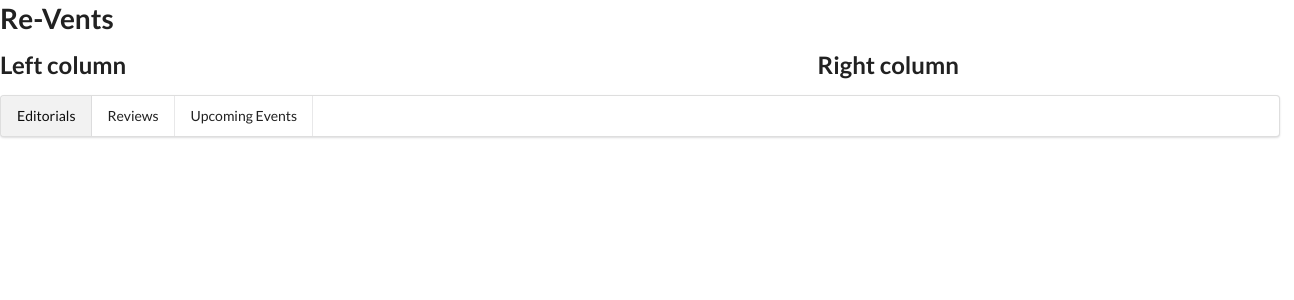
Repository: Preranabaruah/react-semantic-ui
Page: /
An editor plug-in stored every save of this project. The page is shown before and after the next save, followed by the edit.
The browser window is 1280 px wide. The page is 1294 px wide, so the pictures cover 1294 px, including what lies to the right of the window. The pictures show the whole page.
The project was rebuilt for these pictures with package versions that can differ from the ones it lists, and the page was loaded fresh each time. Also part of the build but not shown: vite.config.ts.

Above is the page before, as saved 2023-09-08 12:45:54.

### index.html
<!doctype html>
<html lang="en">
  <head>
    <meta charset="UTF-8" />
    <link rel="icon" type="image/svg+xml" href="/vite.svg" />
    <meta name="viewport" content="width=device-width, initial-scale=1.0" />
    <title>Re-vents</title>
  </head>
  <body>
    <div id="root"></div>
    <script type="module" src="/src/index.tsx"></script>
  </body>
</html>

### src/index.tsx
import React from "react";
import ReactDOM from "react-dom/client";
import App from "./App.tsx";
import "semantic-ui-css/semantic.min.css";
ReactDOM.createRoot(document.getElementById("root")!).render(
  <React.StrictMode>
    <App />
  </React.StrictMode>
);

### src/App.tsx
import EventDashboard from "./features/events/event-dashboard";
import NavBar from "./features/nav-bar";

function App() {
  return (
    <>
      <div>
        <h1>Re-Vents</h1>
        <EventDashboard />
        <NavBar />
      </div>
    </>
  );
}

export default App;

### src/features/events/event-dashboard/index.tsx
import { Grid } from "semantic-ui-react";
const EventDashboard = () => {
  return (
    <>
      <Grid>
        <Grid.Column width={10}>
          <h2>Left column</h2>
        </Grid.Column>
        <Grid.Column width={6}>
          <h2>Right column</h2>
        </Grid.Column>
      </Grid>
    </>
  );
};

export default EventDashboard;

### src/features/nav-bar/index.tsx
import { Menu } from "semantic-ui-react";

const items = [
  { key: "editorials", active: true, name: "Editorials" },
  { key: "review", name: "Reviews" },
  { key: "events", name: "Upcoming Events" },
];

const NavBar = () => {
  return (
    <>
      <Menu items={items} />
    </>
  );
};

export default NavBar;

After the next save:
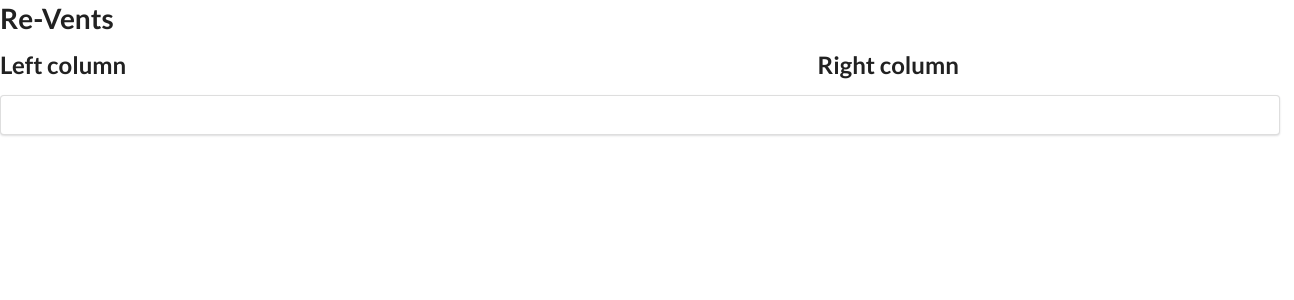
Saved 19 min 33 s later.
--- a/src/features/nav-bar/index.tsx
+++ b/src/features/nav-bar/index.tsx
@@ -1,4 +1,4 @@
-import { Menu } from "semantic-ui-react";
+import { Menu, Container } from "semantic-ui-react";
 
 const items = [
   { key: "editorials", active: true, name: "Editorials" },
@@ -9,7 +9,9 @@ const items = [
 const NavBar = () => {
   return (
     <>
-      <Menu items={items} />
+      <Menu>
+        <Container></Container>
+      </Menu>
     </>
   );
 };
